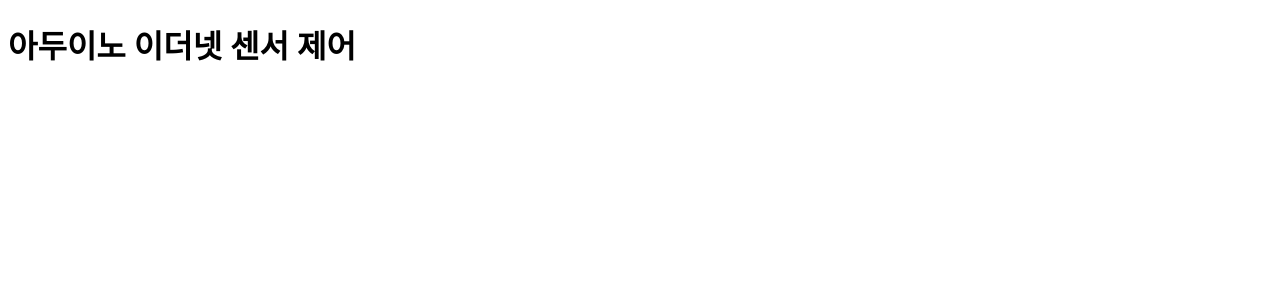
Repository: lafayetteey/WorkSpace
Page: http://localhost/testAduino/
An editor plug-in stored every save of this project. The page is shown before and after the next save, followed by the edit.
The browser window is 1280 px wide. The pictures show the whole page.
The page is served by Tomcat 9.

Above is the page before, as saved 2020-08-04 01:47:38.

After the next save:
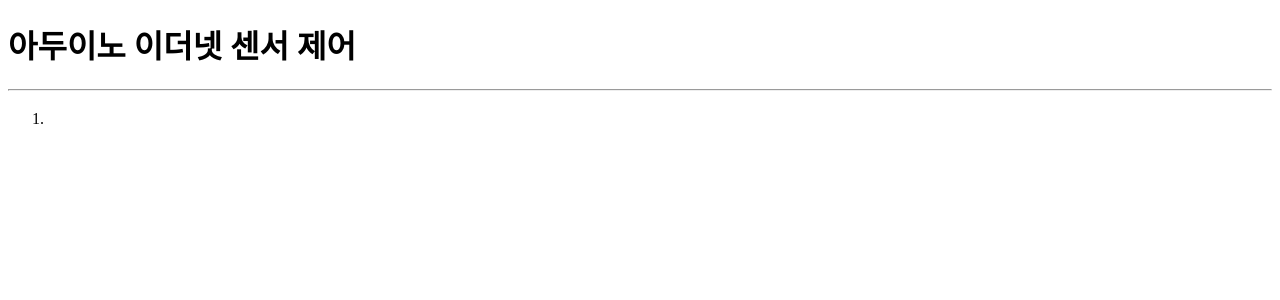
Saved 30 s later.
--- a/workspace_Aduino/testAduino/WebContent/index.jsp
+++ b/workspace_Aduino/testAduino/WebContent/index.jsp
@@ -8,6 +8,9 @@
 </head>
 <body>
 	<h1>아두이노 이더넷 센서 제어</h1>
-
+	<hr>
+	<ol>
+		<li><h3><a></a></h3></li>
+	</ol>
 </body>
 </html>
